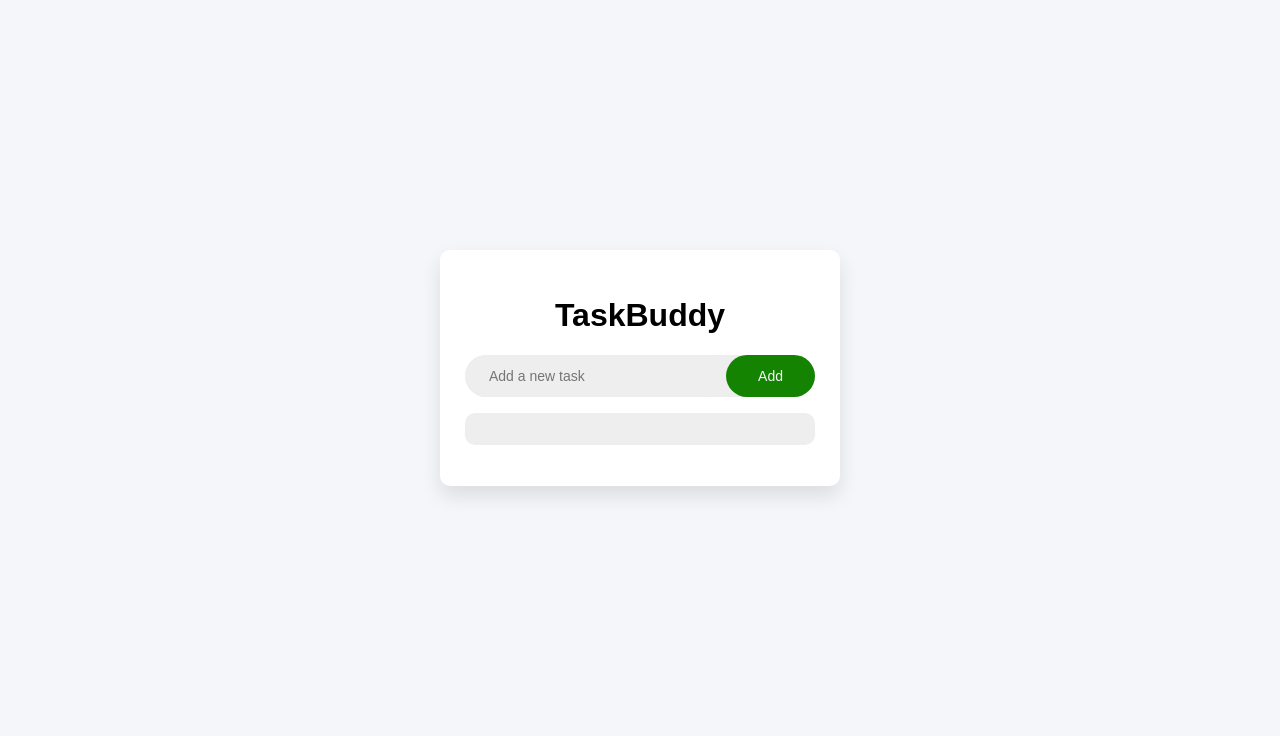
Repository: yogeshnandwani/taskbuddy-todo
Page: index.html
These files come from the project's save history. The page is drawn as it stood at one moment and after a run of saves; the edit follows.
The browser window is 1280 px wide. The pictures show the whole page.

Above is the page before, as saved 2026-03-16 19:10:46.

### index.html
<!DOCTYPE html>
<html lang="en">
<head>
<meta charset="UTF-8">
<title>TaskBuddy</title>
<link rel="stylesheet" href="css/style.css">
</head>

<body>

<div class="app">

<h1>TaskBuddy</h1>

<div class="task-input">
<input type="text" id="taskInput" placeholder="Add a new task">
<button id="addBtn">Add</button>
</div>

<ul id="taskList"></ul>

</div>

<script src="js/script.js"></script>

</body>
</html>

### css/style.css
body{
    font-family: Arial, sans-serif;
    background:#f4f6f9;
    display:flex;
    justify-content:center;
    align-items:center;
    height:100vh;
}

.app{
    background:white;
    padding:25px;
    border-radius:10px;
    width:350px;
    box-shadow:0 10px 20px rgba(0,0,0,0.1);
}

h1{
    text-align:center;
}

.task-input{
    display:flex;
    border-radius: 50px;
    background-color: #eee;
}

input{
    flex:1;
    padding:8px;
    border: none;
    border-radius: 50px;
    padding: 0.8rem 1.5rem;
    background-color: #eee;
    font-size: 14px;
}

input:focus{
    outline: none;
}

#addBtn{
    padding:0.8rem 2rem;
    border: none;
    border-radius: 50px;
    background-color: #158302;
    color: #f4f6f9;
    cursor:pointer;
    font-size: 14px;
}

ul{
    background-color: #eee;
    border-radius: 10px;
    display: flex;
    padding: 1rem;
    gap: 10px;
    flex-direction: column;
    justify-content: center;
    align-items: center;
}

li{
    background:#fff;
    display: flex;
    align-items: center;
    padding: 10px;
    justify-content: space-between;
    border: 1px solid #0000001f;
    border-radius: 50px;
    width: 100%;
    display:flex;
    justify-content:space-between;
}

li .delete {
    width: 2rem;
    height: 2rem;
    border: none;
    background-color: transparent;
    display: flex;
    align-items: center;
    justify-content: center;
    cursor: pointer;
    border-radius: 50%;
}

li .delete img {
    width: 1.8rem;
    height: auto;
    object-fit: contain;
}

li .delete:hover img{
    filter: brightness(1.2);
}

### js/script.js
const input = document.getElementById("taskInput")
const addBtn = document.getElementById("addBtn")
const list = document.getElementById("taskList")

addBtn.addEventListener("click", addTask)

function addTask(){
    const taskText = input.value.trim()

    if(taskText === "") return

    const li = document.createElement("li")

    li.innerHTML = `
    <span>${taskText}</span>
    <button class="delete"><img src="images/delete.png" alt="Delete icon"></button>
    `

    list.appendChild(li)

    input.value=""
}

After the next 9 saves:
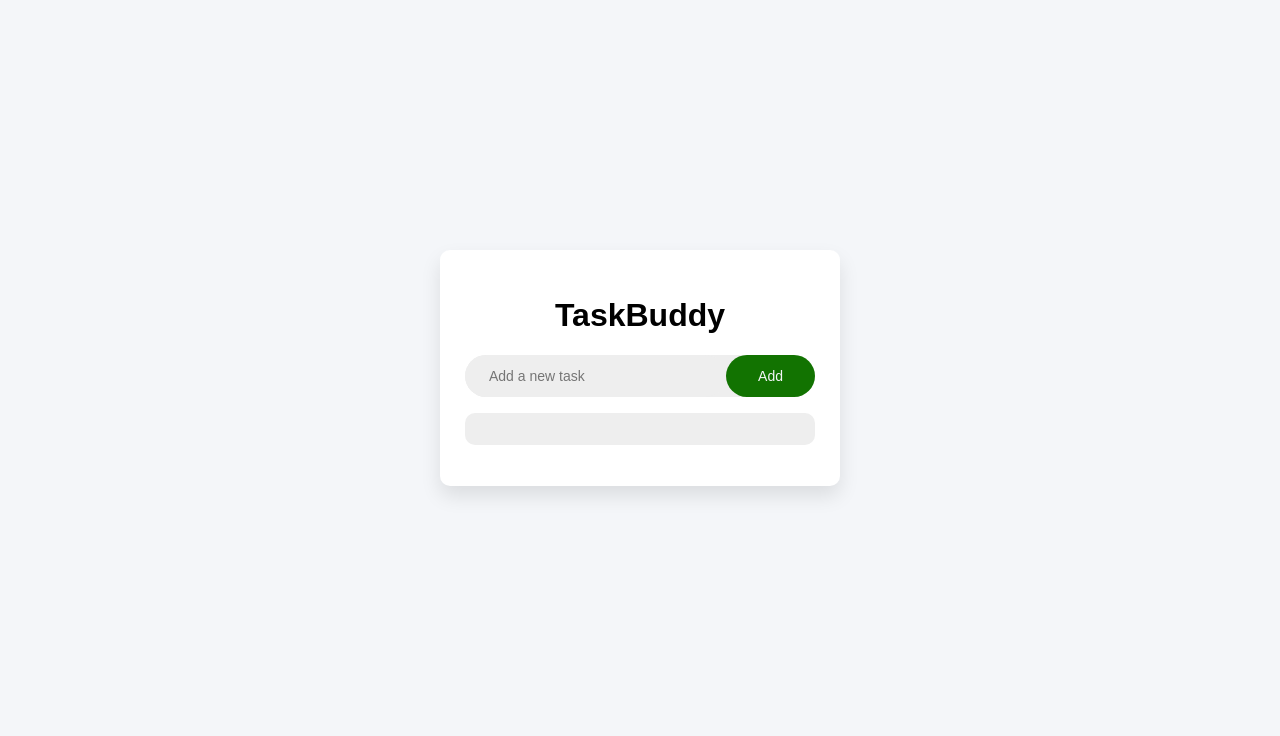
The 9 saves are shown as one change because they came seconds apart.
The last was saved 15 s later.
--- a/css/style.css
+++ b/css/style.css
@@ -43,7 +43,7 @@ input:focus{
     padding:0.8rem 2rem;
     border: none;
     border-radius: 50px;
-    background-color: #158302;
+    background-color: #127301;
     color: #f4f6f9;
     cursor:pointer;
     font-size: 14px;
